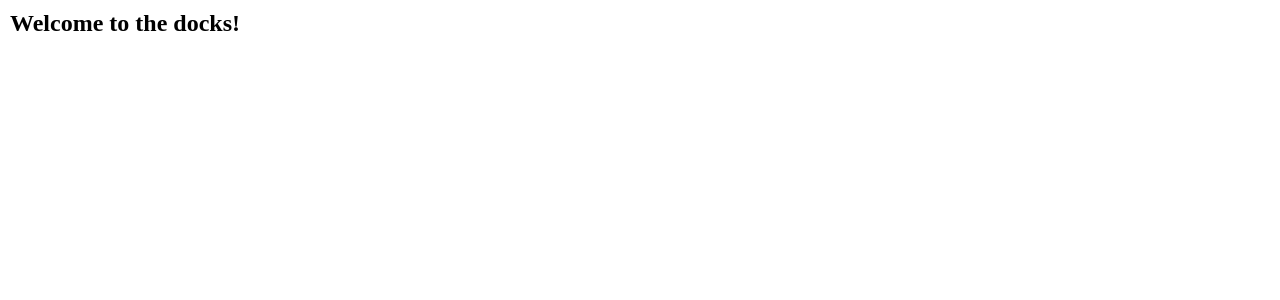
Repository: charliejp0311/java-final-proj
Page: dockWalk-frontend/index.html
The author's editor kept a copy of each file at every save. The page is drawn from the files as they stood at one save, then again after the next save.
The browser window is 1280 px wide. The pictures show the whole page.
The page's requests for data from a server got no answer.

Above is the page before, as saved 2020-08-27 15:53:42.

### dockWalk-frontend/index.html
<!DOCTYPE html>
<html lang="en" dir="ltr">
    <head>
        <meta charset="utf-8">
        <link rel="stylesheet" href="style.css">
        <title>Dock Walk</title>
    </head>
    <body id="dock">
        <h2>Welcome to the docks!</h2>
    </body>
    <script type="application/javascript" src="src/index.js" charset="UTF-8"></script>
    <script type="application/javascript" src="src/dock.js" charset="UTF-8"></script>
</html>

### dockWalk-frontend/style.css
body {
    margin: 0;
    padding: 0;
}

header {
    background-color: #4caf50;
    margin: 0 auto;
    height: 50px;
}

h2 {
    padding: 10px;
    margin: 0;
}

main {
    display: grid;
    grid-template-columns: 1fr;
    grid-template-rows: auto;
    grid-gap: 20px;
    padding-top: 10px;
    padding-bottom: 30px;
}

div.card {
    background-color: #eeeeee;
    height: 300px;
    width: 150px;
    box-shadow: 10px 10px grey;
    padding: 25px;
    border-radius: 10px;
}

p {
    font-size: 1.5em;
    color: black;
    font-family: Helvetica;
}

li {
    font-size: 1.05em;
    list-style: none;
    padding-right: 20px;
}

button {
    font-size: .65em;
    color: #fff;
    background-color: green;
    border-radius: 10px;
}

button.release {
    float: right;
    background-color: #E1332D;
}

@media only screen and (min-width: 500px) {
    main {
        grid-template-columns: 1fr 1fr;
    }
}

@media only screen and (min-width: 850px) {
    main {
        grid-template-columns: 1fr 1fr 1fr 1fr;
    }
}

### dockWalk-frontend/src/index.js
document.addEventListener("DOMContentLoaded", function () {
    fetchDocks()
});

### dockWalk-frontend/src/dock.js
class Dock {
    constructor (section){
        this.section = section;
    }

}

let dockCard = (sec,ranges)=> {
    let body = document.getElementById('dock')
    let div = document.createElement('div')
    div.className = 'card'
    // div.addEventListener('click',sectionClick())
    div.innerText = sec.attributes.section
    let ul = document.createElement('ul')
    for (const rng of ranges) {
        let li = document.createElement('li')
        // li.addEventListener('click',rangeClick())
        li.innerText = rng.attributes.range
        ul.appendChild(li)
    }
    div.appendChild(ul)
    body.appendChild(div)
}


let displayDocks = (docks) => {
    let d = docks.data
    let r = docks.included
    for (const section of d) {
        let rngs = r.filter(rng=>rng.relationships.dock.data.id === section.id)
        dockCard(section,rngs)
    }
}

function fetchDocks() {
    return fetch('http://localhost:3000/docks')
    .then(resp => resp.json())
    .then(json=> displayDocks(json))
}

After the next save:
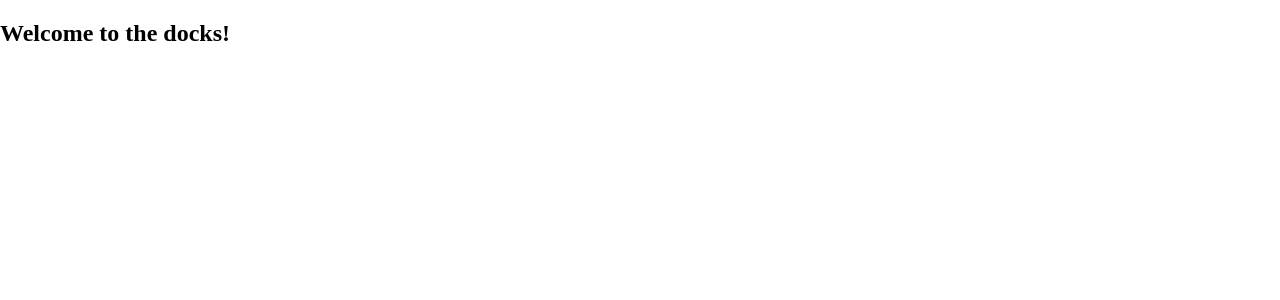
Saved 3 min 32 s later.
--- a/dockWalk-frontend/style.css
+++ b/dockWalk-frontend/style.css
@@ -9,7 +9,7 @@ header {
     height: 50px;
 }
 
-h2 {
+header h2 {
     padding: 10px;
     margin: 0;
 }
@@ -25,10 +25,10 @@ main {
 
 div.card {
     background-color: #eeeeee;
-    height: 300px;
-    width: 150px;
+    height: 250px;
+    width: 300px;
     box-shadow: 10px 10px grey;
-    padding: 25px;
+    padding: 10px;
     border-radius: 10px;
 }
 
